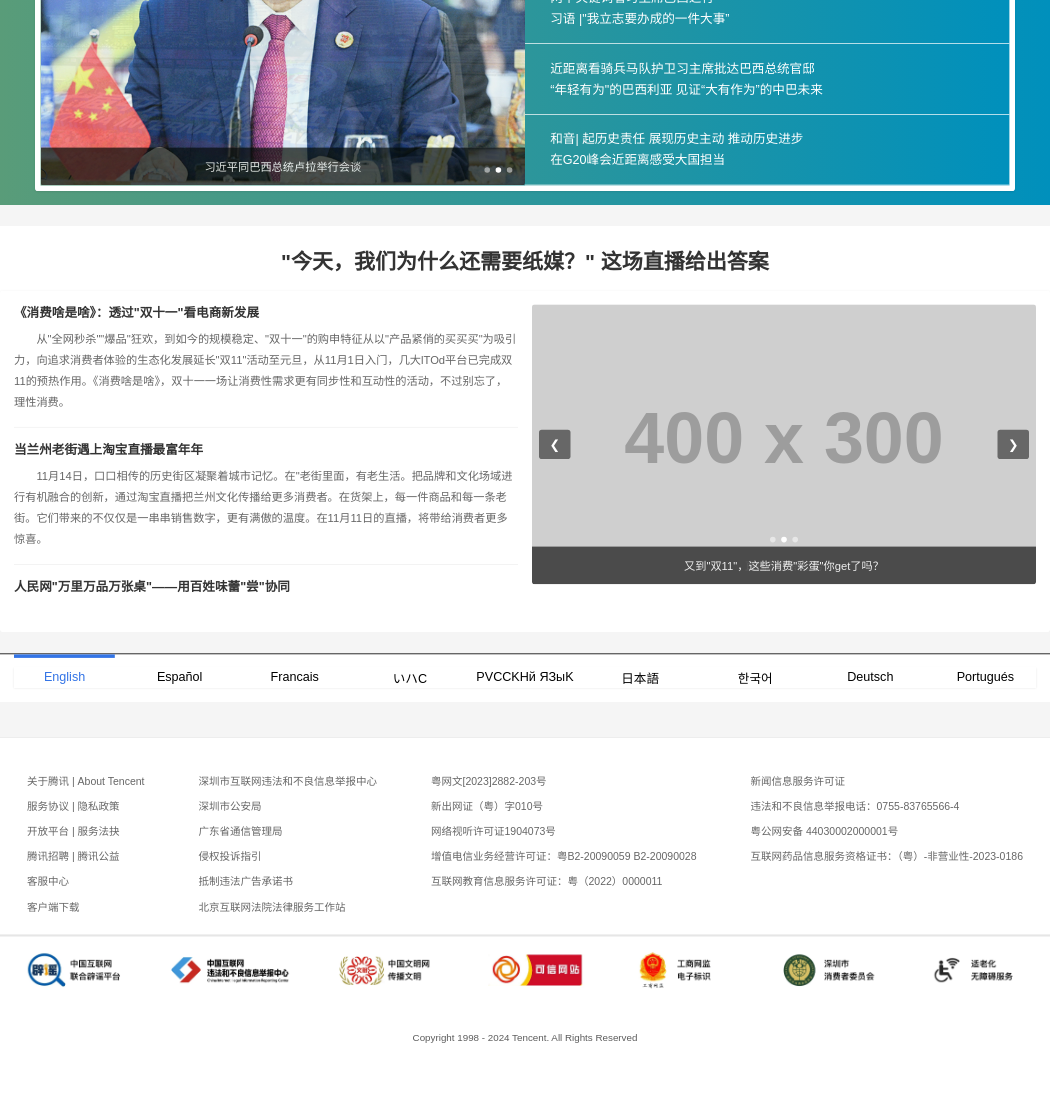
Repository: huang-heavenly-Emperor/xszy_TencentNews
Page: index.html
An editor plug-in stored every save of this project. The page is shown before and after a run of saves, followed by the edit.
The browser window is 1280 px wide. The page is 1500 px wide, so the pictures cover 1500 px, including what lies to the right of the window. The pictures show the part of the page from y = 687 to 2327 px (the page is 2277 px tall before and 2327 px after), at 70% of full size.
The style sheet was rebuilt from its Sass, Less or Tailwind sources for each picture, by a compiler version that may differ from the author's.

Above is the page before, as saved 2024-11-23 02:24:55.

After the next 2 saves:
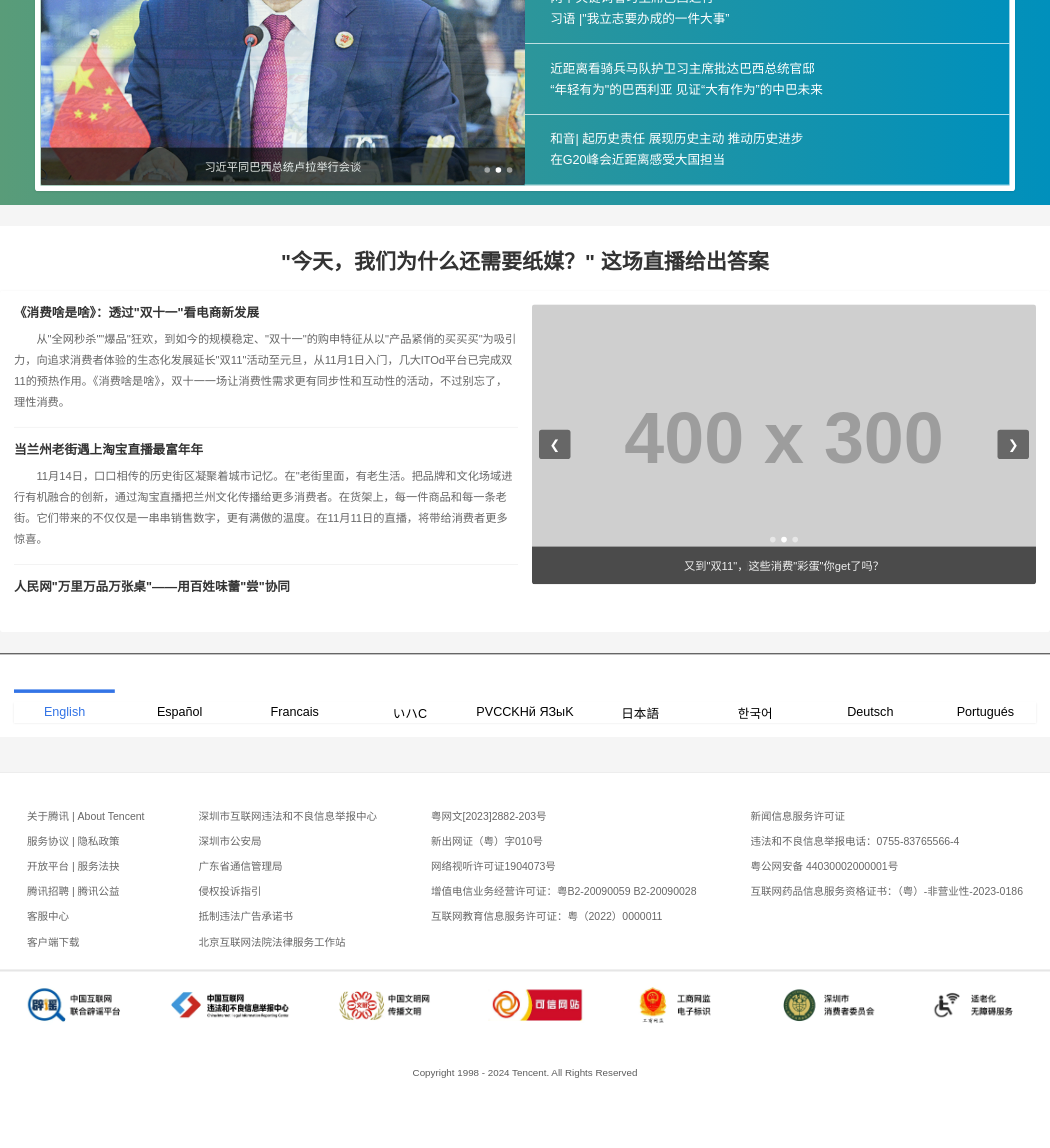
The 2 saves are shown as one change because they came seconds apart.
The last was saved 29 s later.
--- a/assets/css/style.scss
+++ b/assets/css/style.scss
@@ -519,7 +519,9 @@
             align-items: center;
             height: 30px;
             gap: 20px;
+            margin-top: 50px;
             box-shadow: 0 1px 3px rgba(0, 0, 0, 0.1);
+
             &::before {
                 content: '';
                 position: absolute;
@@ -540,7 +542,7 @@
                 transition: all linear .3s;
                 cursor: pointer;
                 box-sizing: border-box;
-                padding:22px 0;
+                padding: 22px 0;
 
                 &::before {
                     content: "";
@@ -563,9 +565,11 @@
                     width: 100%;
                 }
             }
-            .active{
+
+            .active {
                 color: $primary-color;
-                &::before{
+
+                &::before {
                     width: 100%;
                 }
             }
